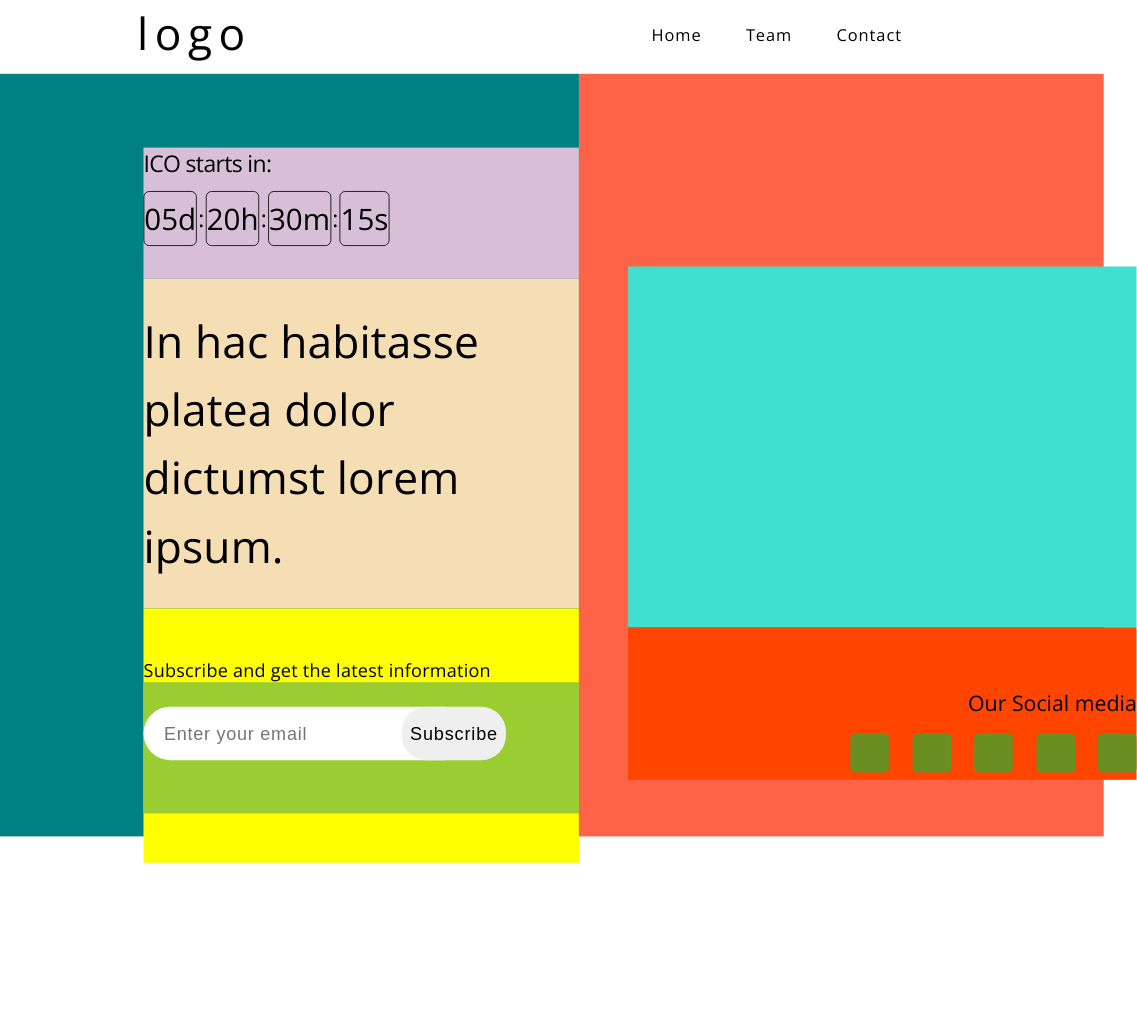
Repository: McGregorSt/newOne
Page: index.html
An editor plug-in stored every save of this project. The page is shown before and after the next save, followed by the edit.
The browser window is 1280 px wide. The page is 1386 px wide, so the pictures cover 1386 px, including what lies to the right of the window. The pictures show the whole page, at 82% of full size.

Above is the page before, as saved 2019-12-13 19:23:16.

### index.html
<!DOCTYPE html>
<html lang="en">
<head>
  <meta charset="UTF-8">
  <meta name="viewport" content="width=device-width, initial-scale=1.0">
  <meta http-equiv="X-UA-Compatible" content="ie=edge">
  <link rel="stylesheet" href="css/style.css">
  <link href="https://fonts.googleapis.com/css?family=Open+Sans:300,300i,400,400i,600,600i,700,700i,800,800i&display=swap" rel="stylesheet">
  <title>Ethworks</title>
</head>
<body>
  <div class="container">
    <section class="header">
      <div class="logo">logo</div>
      <ul class="menu">
        <li class="menu__item">Home</li>
        <li class="menu__item">Team</li>
        <li class="menu__item">Contact</li>
      </ul>
    </section>
    <section class="main">
      <div class="subs">
        <div class="subs__timer">
          <span class="subs__timer__header">ICO starts in:</span>
          <div class="subs__timer__global">
            <div class="subs__timer__item">05d</div>
            <div class="subs__timer__item">:</div>
            <div class="subs__timer__item">20h</div>
            <div class="subs__timer__item">:</div>
            <div class="subs__timer__item">30m</div>
            <div class="subs__timer__item">:</div>
            <div class="subs__timer__item">15s</div>
          </div>
        </div>
        <div class="subs__article">In hac habitasse platea dolor dictumst lorem ipsum.</div>
        <div class="subs__email">
          <span class="subs__email__header">Subscribe and get the latest information</span>
          <div class="subs__email__content">
            <input type="email" class="subs__email__input" placeholder="Enter your email">
            <button type="submit" class="subs__email__button">Subscribe</button>
          </div>
        </div>
      </div>
      <div class="media">
        <div class="media__media">
          <div class="media__player"></div>
          <div class="media__social">
            <span class="media__social__header">Our Social media</span>
            <div class="media__social__items">
              <div class="media__social__tt"></div>
              <div class="media__social__fb"></div>
              <div class="media__social__md"></div>
              <div class="media__social__gh"></div>
              <div class="media__social__mail"></div>
            </div>
          </div>
        </div>
      </div>
    </section>
    <section class="team"></section>
    <section class="footer"></section>
  </div>
</body>
<script src="js/app.js">


</script>
</html>

### css/style.css
body {
  margin: 0;
  padding: 0;
  box-sizing: border-box;
  font-family: 'Open Sans', sans-serif;
  overflow-y: scroll;
}
/* section header */
.header {
  height: 95px;
  margin: auto;
  margin-top: -5px;
  display: flex;
  justify-content: space-between;
  align-items: center;
  padding: 0 180px;
}
.logo {
  margin-left: -13px;
  margin-top: -5px;
  font-size: 54px;
  letter-spacing: 8px;
}
.menu {
  list-style: none;
  display: flex;
  letter-spacing: 1.15px;
  /* font-weight: 300; */
  /* justify-content: space-between; */
  font-size: 20px;
}
.menu__item {
  padding: 0 0 0 54px;
}


/* section main */
.main {
  height: 930px;
  display: flex;
}
.subs {
  width: 50%;
  font-size: 28px;
  background-color: teal;
  display: flex;
  flex-direction: column;
  padding: 90px 0 60px 175px;
}
.subs__timer {
  background-color: thistle;
}
.subs__timer__header {
  letter-spacing: -0.8px;
}
.subs__timer__global {
  width: 56.4%;
  display: flex;
  justify-content: space-between;
  padding: 15px 0 40px 0 ;
}
.subs__timer__item {
  width: 88px;
  height: 65px;
  display: flex;
  justify-content: center;
  align-items: center;
}
.subs__timer__item:nth-child(2n+2) {

}
.subs__timer__item:nth-child(2n+1) {
  width: 40%;
  border: 1px solid #000;
  font-size: 36px;
  border-radius: 7px;
}
.subs__article {
  font-size: 54px;
  letter-spacing: 0.2px;
  line-height: 83px;
  padding: 35px 0;
  background-color: wheat;

}
.subs__email {
  background-color: yellow;
  display: flex;
  flex-direction: column;
  font-size: 22px;
  letter-spacing: 0.3px;
  padding: 60px 0;
}
.subs__email__content {
  background-color: yellowgreen;
  height: 100px;
  padding: 30px 0;
}
.subs__email__input {
  height: 63%;
  width: 70%;
  border-radius: 40px;
  font-size: 22px;
  padding-left: 25px;
  letter-spacing: 0.9px;
  outline: none;
  border: 0;
}
.subs__email__input::placeholder {
  /* padding-left: 25px; */
}
.subs__email__button {
  height: 65%;
  width: 24%;
  margin-left: -90px;
  font-size: 22px;
  letter-spacing: 1.05px;
  border: 0;
  border-radius: 30px;
}

.media {
  /* height: 80%; */
  width: 50%;
  background-color: tomato;
}
.media__media {
  height: 100%;
  /* display: flex;
  flex-direction: column; */
  /* justify-content: space-around; */
  padding: 235px 0 0 60px;
}
.media__player {
  width: 620px;
  height: 440px;
  background-color: turquoise;
}
.media__social {
  width: 620px;
  height: 20%;
  display: flex;
  flex-direction: column;
  align-items: flex-end;
  justify-content: center;
  background-color: orangered;
}
.media__social__header {
  font-size: 26px;
  padding: 65px 0 20px 0;

}
.media__social__items {
  width: 56.3%;
  display: flex;
  justify-content: space-between;
}
div.media__social__items > div {
  width: 47px;
  height: 47px;
  background-color: olivedrab;
  border-radius: 5px;
}



/*
  section team
*/


/* section footer */

### js/app.js
let chi = document.querySelectorAll('.subs__timer__global:nth-child(2n+1)')
console.log(chi)

After the next save:
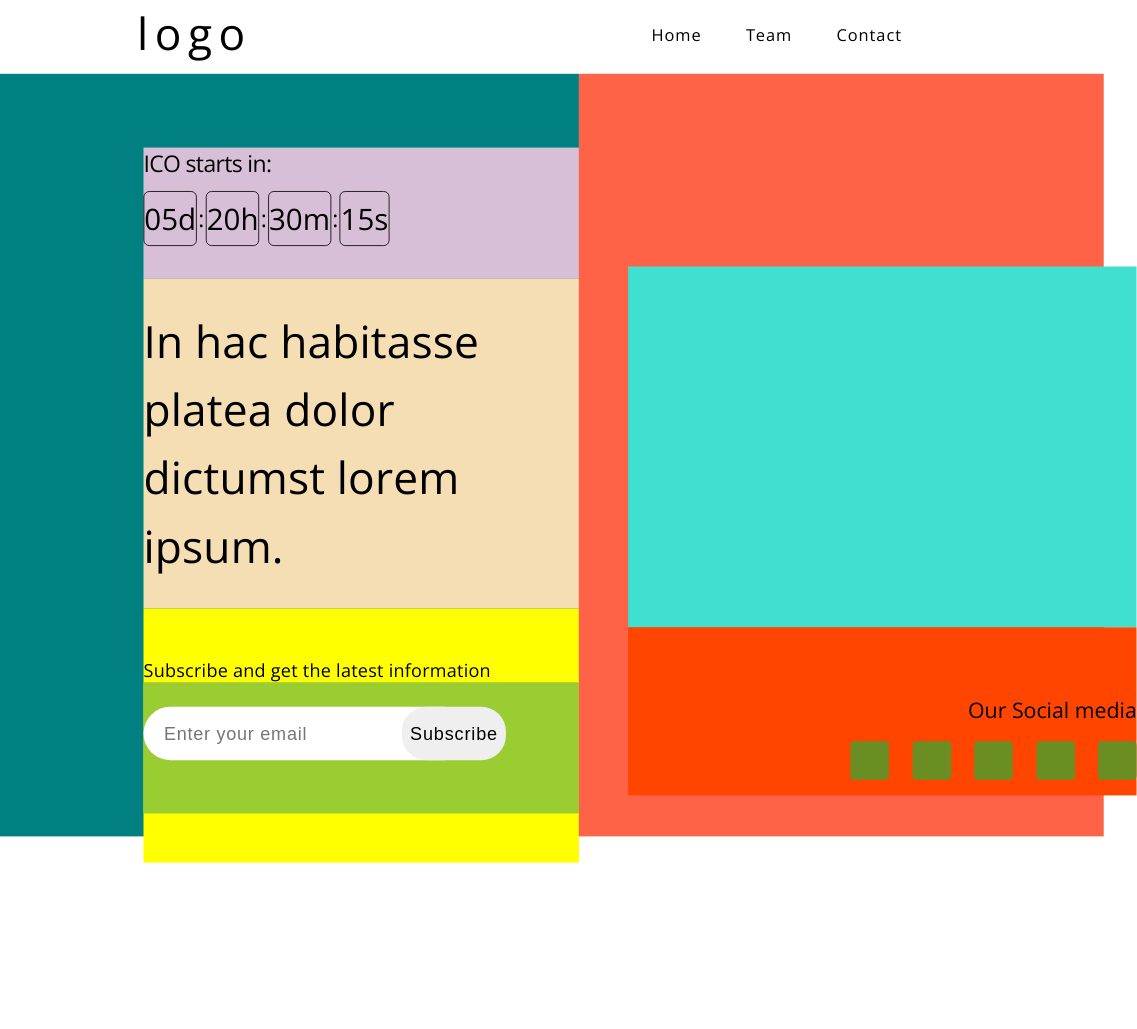
Saved 4 s later.
--- a/css/style.css
+++ b/css/style.css
@@ -138,7 +138,7 @@ body {
 }
 .media__social {
   width: 620px;
-  height: 20%;
+  height: 22%;
   display: flex;
   flex-direction: column;
   align-items: flex-end;
